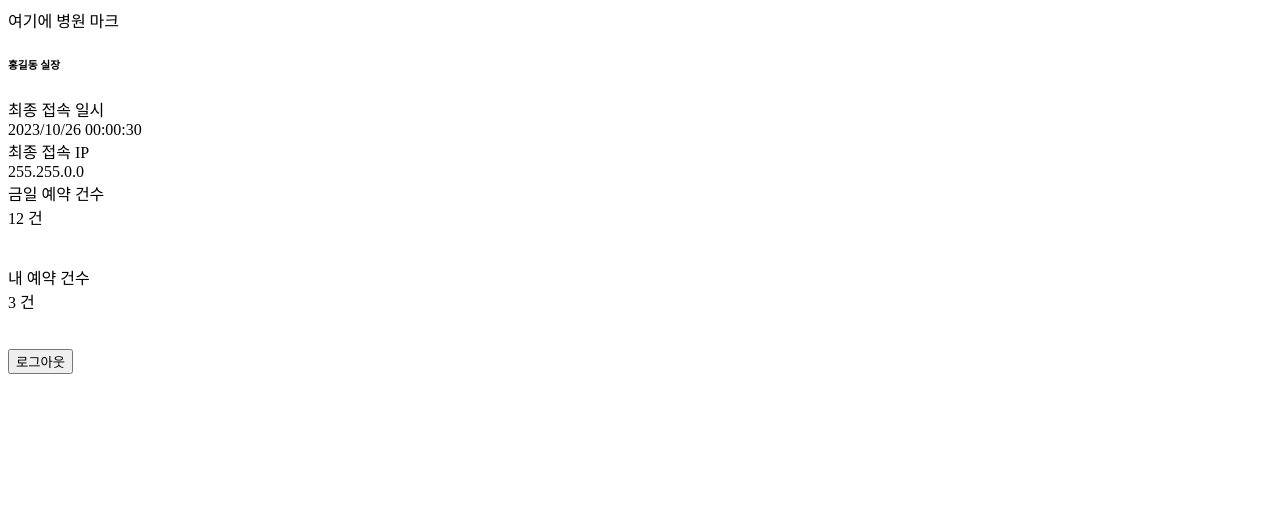
Repository: j-pyohub/LIBRARY_PROJECT
Page: CRM_Project/WebContent/doctorSidebar.html
These files come from the project's save history. The page is drawn as it stood at one moment and after the next save; the edit follows.
The browser window is 1280 px wide. The pictures show the whole page.

Above is the page before, as saved 2025-10-11 09:05:28.

### CRM_Project/WebContent/doctorSidebar.html
<meta charset="utf-8">
<!-- sidebar.html -->
<aside class="bg-white border-end vh-100 d-flex flex-column p-3">
  <!--  <div class="text-center mb-4">
    <img src="hospital_logo.png" alt="병원 로고" class="img-fluid" style="max-width:100px;">
  </div>-->
  	<div>여기에 병원 마크</div>
  <div class="card mb-4">

    <div class="card-body text-center">
      <h6 class="fw-bold mb-1">홍길동 <span class="text-muted">실장</span></h6>
      <div class="small text-muted">최종 접속 일시</div>
      <div class="small">2023/10/26 00:00:30</div>
      <div class="small text-muted mt-2">최종 접속 IP</div>
      <div class="small">255.255.0.0</div>
    </div>
  </div>

 <!-- 예약 건수 카드 -->
  <div class="border rounded-3 text-center p-3 mt-4 w-100 bg-body">
    <div class="fw-bold">금일 예약 건수</div>
    <div class="display-6 fw-semibold my-2 text-primary">12 건</div>
            <br><br>
        <div class="fw-bold">내 예약 건수</div>
    <div class="display-6 fw-semibold my-2 text-primary">3 건</div>
  </div>

<br><br>
  <div class="mt-4 text-center">
    <button class="btn btn-danger w-100">로그아웃</button>
  </div>
</aside>

After the next save:
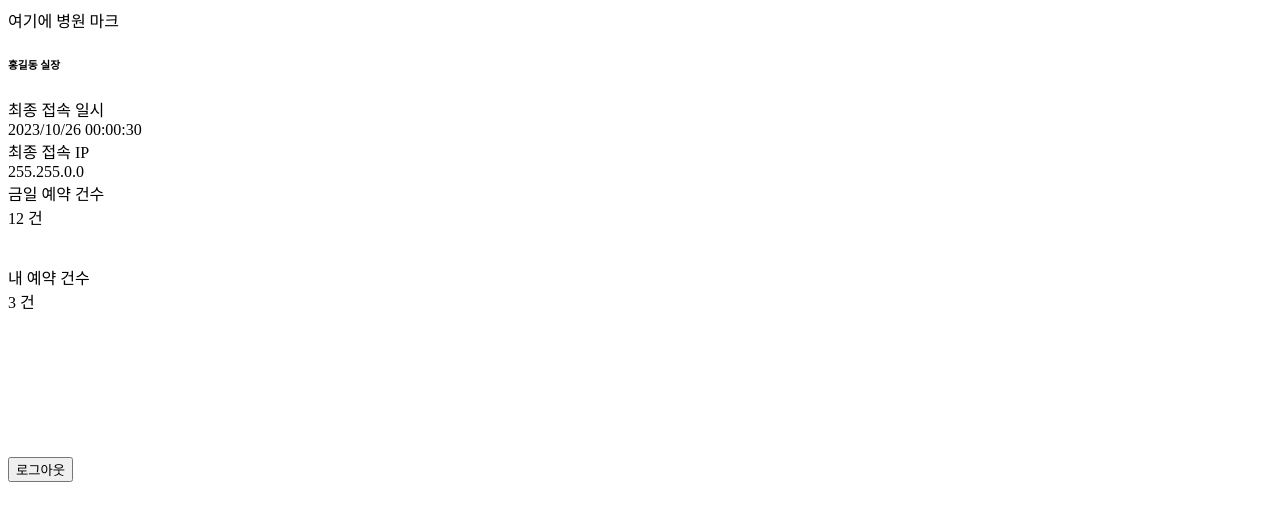
Saved 5 s later.
--- a/CRM_Project/WebContent/doctorSidebar.html
+++ b/CRM_Project/WebContent/doctorSidebar.html
@@ -25,7 +25,7 @@
     <div class="display-6 fw-semibold my-2 text-primary">3 건</div>
   </div>
 
-<br><br>
+<br><br><br><br><br><br><br><br>
   <div class="mt-4 text-center">
     <button class="btn btn-danger w-100">로그아웃</button>
   </div>
